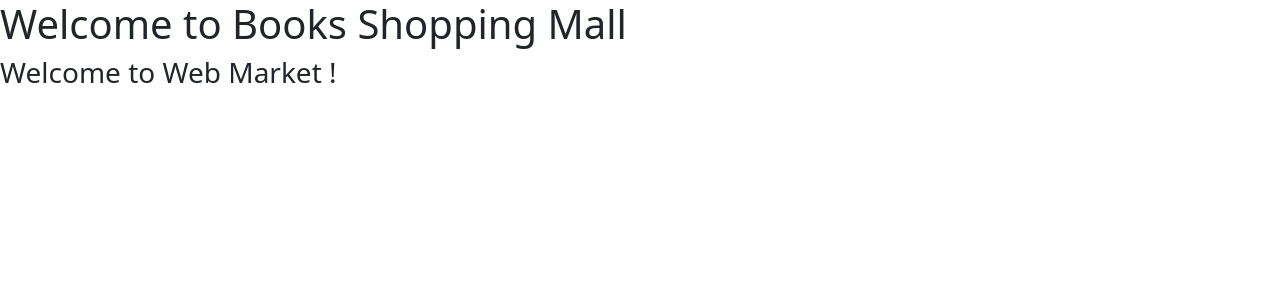
Repository: man332414/myJspStudy
Page: http://localhost/bookmarket/
An editor plug-in stored every save of this project. The page is shown before and after the next save, followed by the edit.
The browser window is 1280 px wide. The pictures show the whole page.
The page is served by Tomcat 10.

Above is the page before, as saved 2024-10-08 02:25:17.

After the next save:
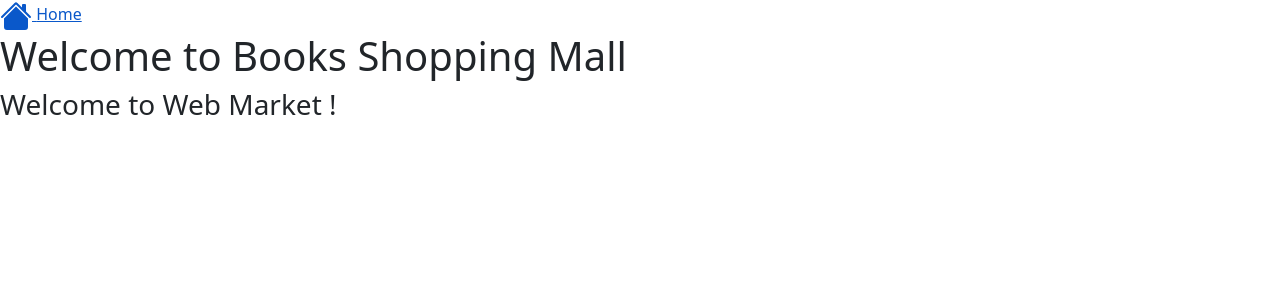
Saved 3 min 32 s later.
--- a/bookmarket/src/main/webapp/welcome.jsp
+++ b/bookmarket/src/main/webapp/welcome.jsp
@@ -3,17 +3,27 @@
 <!DOCTYPE html>
 <html>
 <head>
-	<link href = "https://cdn.jsdelivr.net/npm/bootstrap@5.3.1/dist/css/
-	bootstrap.min.css" rel = "stylesheet">
+	<link href="https://cdn.jsdelivr.net/npm/bootstrap@5.3.0-alpha1/dist/css/bootstrap.min.css" rel="stylesheet">
 <meta charset="UTF-8">
 <title>Welcome</title>
 </head>
 <body>
-	<%!
-		String greeting = "Welcome to Books Shopping Mall";
-		String tagline = "Welcome to Web Market !";
-	%>
-	<h1><%=greeting %></h1>
-	<h3><%=tagline %></h3>
+	<div>
+		<header>
+			<a href = "./welcome.jsp">
+			<svg  width="32" height="32" fill="currentColor" class="bi bi-house-fill" viewBox="0 0 16 16">
+	              <path d="M8.707 1.5a1 1 0 0 0-1.414 0L.646 8.146a.5.5 0 0 0 .708.708L8 2.207l6.646 6.647a.5.5 0 0 0 .708-.708L13 5.793V2.5a.5.5 0 0 0-.5-.5h-1a.5.5 0 0 0-.5.5v1.293L8.707 1.5Z"/>
+	              <path d="m8 3.293 6 6V13.5a1.5 1.5 0 0 1-1.5 1.5h-9A1.5 1.5 0 0 1 2 13.5V9.293l6-6Z"/>
+	        </svg>
+				<span>Home</span>
+			</a>
+		</header>
+			<%!
+				String greeting = "Welcome to Books Shopping Mall";
+				String tagline = "Welcome to Web Market !";
+			%>
+			<h1><%=greeting %></h1>
+			<h3><%=tagline %></h3>
+	</div>
 </body>
 </html>
